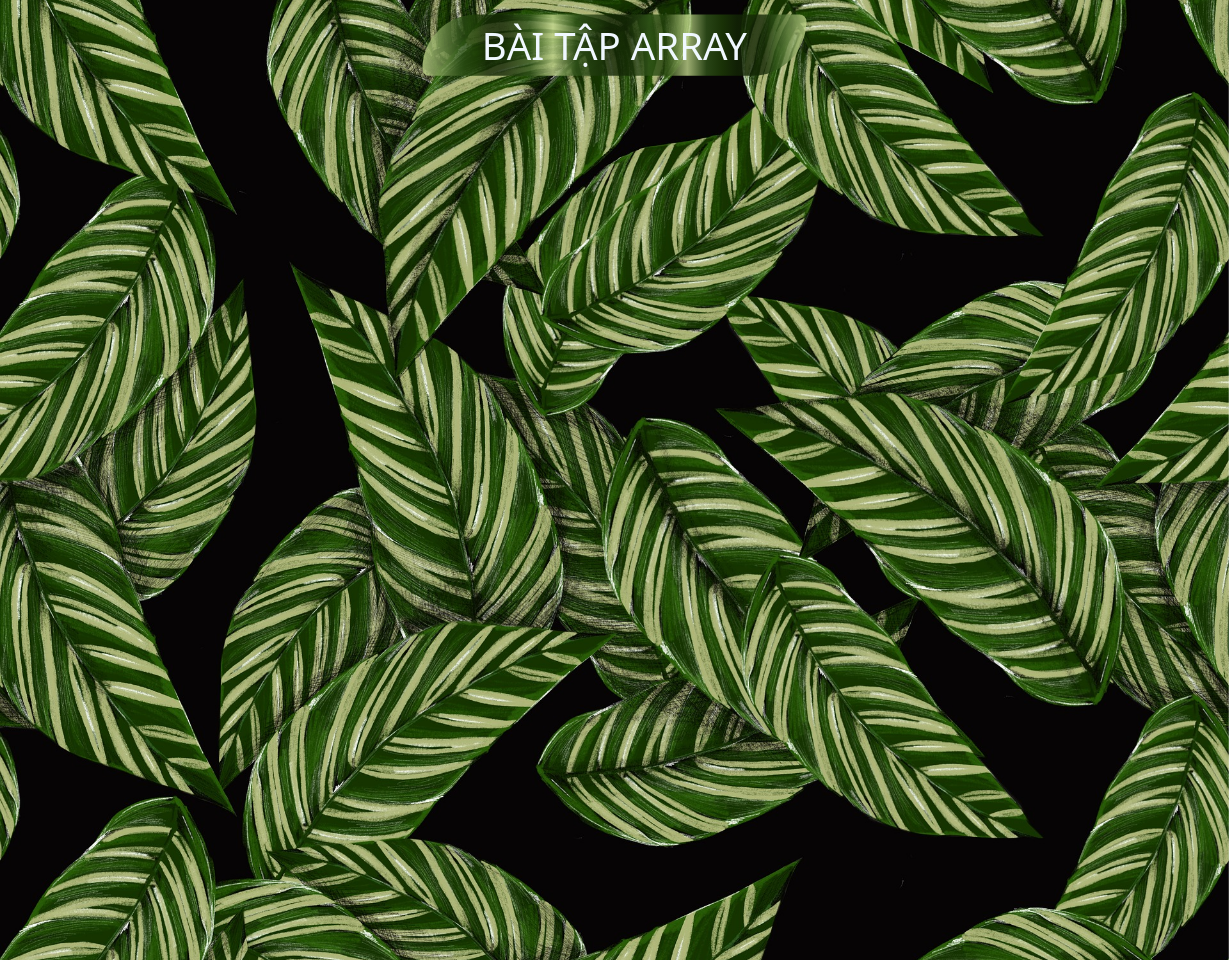
Repository: hcozyph/TranHuuPhuoc_BC43_BT_JS_Buoi7_8_ARRAY
Page: index.html
These files come from the project's save history. The page is drawn as it stood at one moment and after the next save; the edit follows.
The browser window is 1280 px wide. The pictures show the whole page, at 96% of full size.

Above is the page before, as saved 2023-02-20 21:54:27.

After the next save:
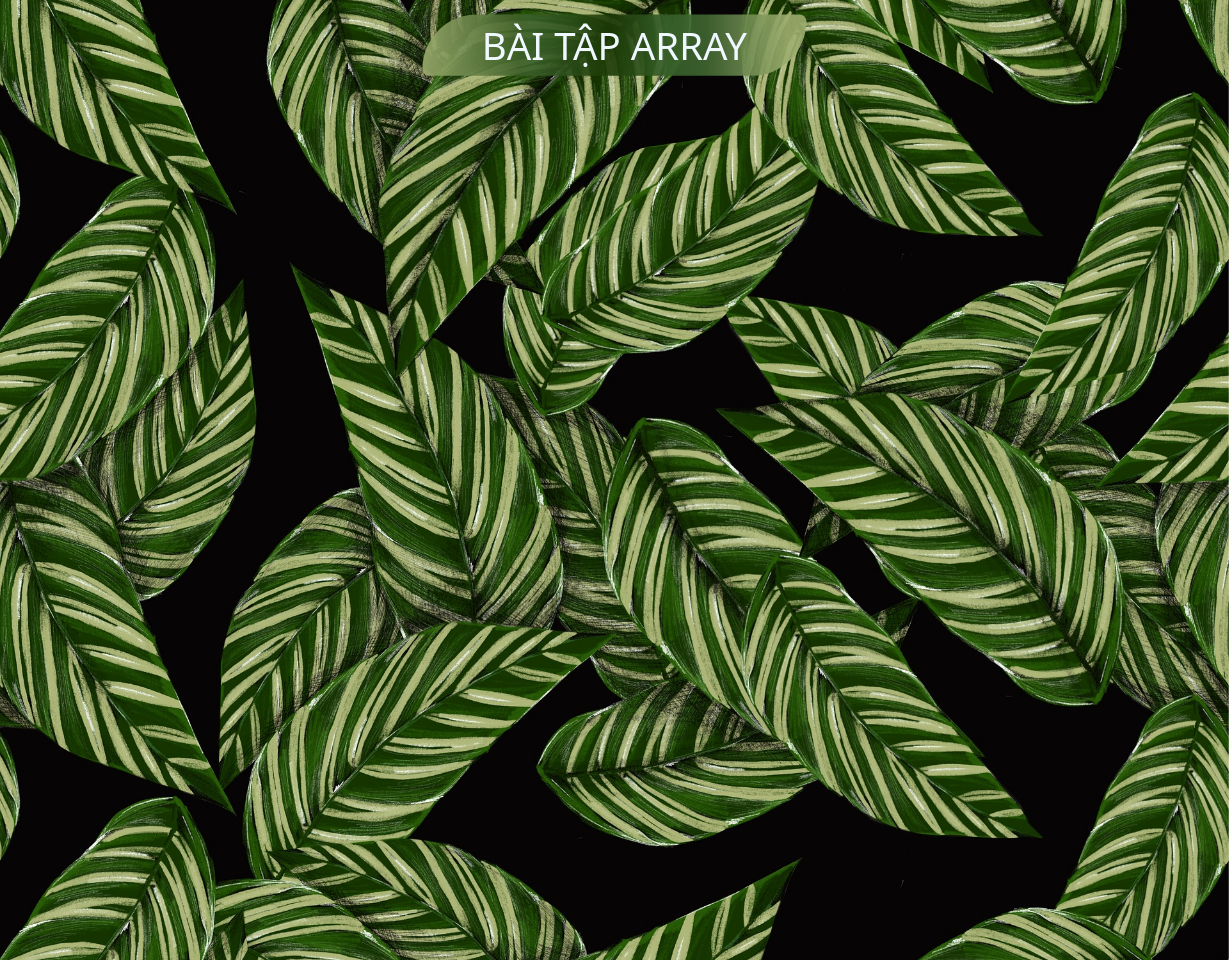
Saved 22 s later.
--- a/css/index.css
+++ b/css/index.css
@@ -24,33 +24,20 @@
     border-radius: 80px 10px 80px 10px;
 
     font-size: 40px;
-    font-weight: 500;
+    font-weight: 00;
     /* background-color: red; */
     color: aliceblue;
-    background: rgb(194, 215, 140);
+    background: rgb(156, 173, 110);
     background: linear-gradient(
         90deg,
-        rgba(194, 215, 140, 0.8) 0%,
-        rgba(49, 84, 26, 0.8) 10%,
-        rgba(41, 75, 18, 0.8) 11%,
-        rgba(30, 61, 7, 0.8) 14%,
-        rgba(19, 38, 5, 0.8) 17%,
-        rgba(19, 38, 5, 0.8) 21%,
-        rgba(49, 84, 26, 0.8) 28%,
-        rgba(194, 215, 140, 0.8) 34%,
-        rgba(49, 84, 26, 0.8) 40%,
-        rgba(19, 38, 5, 0.8) 49%,
-        rgba(19, 38, 5, 0.8) 53%,
-        rgba(49, 84, 26, 0.8) 59%,
-        rgba(30, 61, 7, 0.8) 63%,
-        rgba(194, 215, 140, 0.8) 69%,
-        rgba(49, 84, 26, 0.8) 74%,
-        rgba(30, 61, 7, 0.8) 78%,
-        rgba(19, 38, 5, 0.8) 82%,
-        rgba(19, 38, 5, 0.8) 89%,
-        rgba(49, 84, 26, 0.8) 92%,
-        rgba(194, 215, 140, 0.8) 100%,
-        rgba(194, 215, 140, 0.8) 100%
+        rgba(156, 173, 110, 0.9) 0%,
+        rgba(156, 173, 110, 0.9) 0%,
+        rgba(60, 94, 39, 0.9) 25%,
+        rgba(56, 94, 40, 0.9) 29%,
+        rgba(27, 57, 5, 0.9) 49%,
+        rgba(54, 94, 41, 0.9) 63%,
+        rgba(65, 103, 49, 0.9) 74%,
+        rgba(156, 173, 110, 0.9) 95%
     );
 }
 
